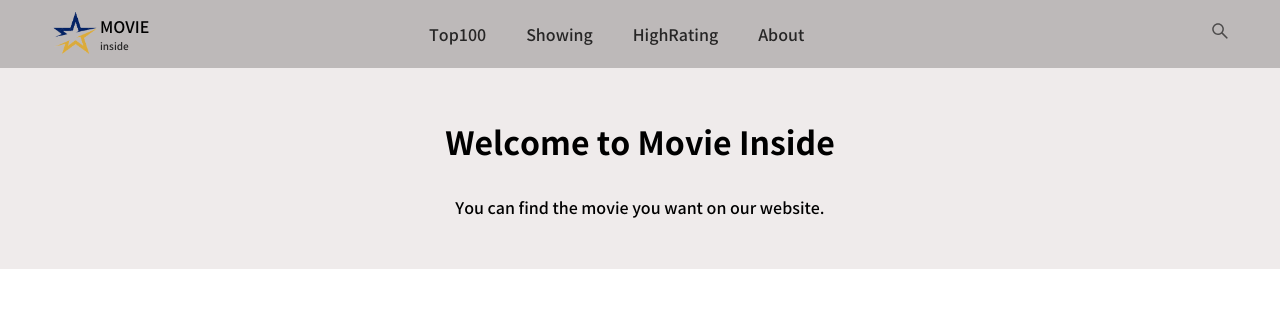
Repository: yangddoddi/Movie-Inside
Page: /
These files come from the project's save history. The page is drawn as it stood at one moment and after a run of saves; the edit follows.
The browser window is 1280 px wide. The pictures show the whole page.
The project was rebuilt for these pictures with package versions that can differ from the ones it lists, and the page was loaded fresh each time. Also part of the build but not shown: src/App.css, src/routes/Detail.js.

Above is the page before, as saved 2022-05-02 19:41:05.

After the next 2 saves:
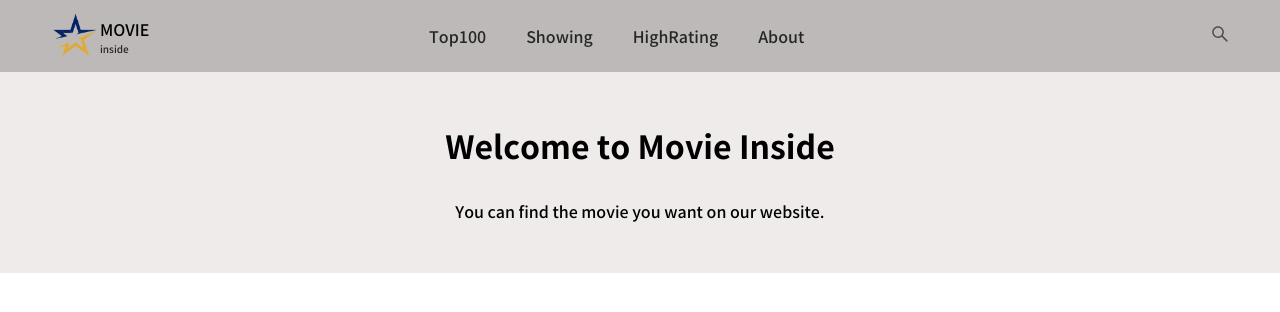
The 2 saves are shown as one change because they came seconds apart.
The last was saved 13 s later.
--- a/src/components/Nav.module.scss
+++ b/src/components/Nav.module.scss
@@ -4,7 +4,7 @@
 .nav {
     background-color: #bdb9b9;
     width: 100%;
-    height: 20%;
+    height: 10vh;
     padding: 10px 50px 10px 50px;
     display: flex;
     justify-content: center;
